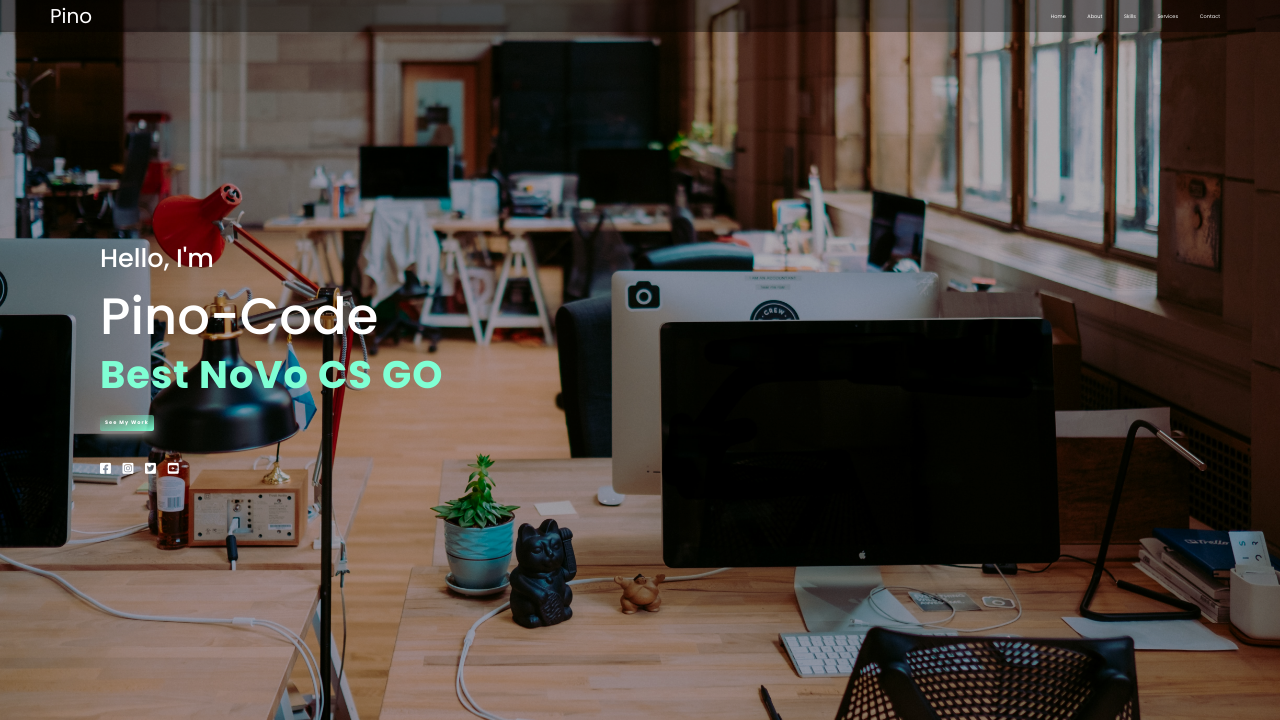
Repository: Pinocoding/New
Page: index.html
An editor plug-in stored every save of this project. The page is shown before and after the next save, followed by the edit.
The browser window is 1280 px wide. The pictures show the whole page.

Above is the page before, as saved 2021-10-12 21:53:56.
Console error: SyntaxError: Unexpected token '}'

After the next save:
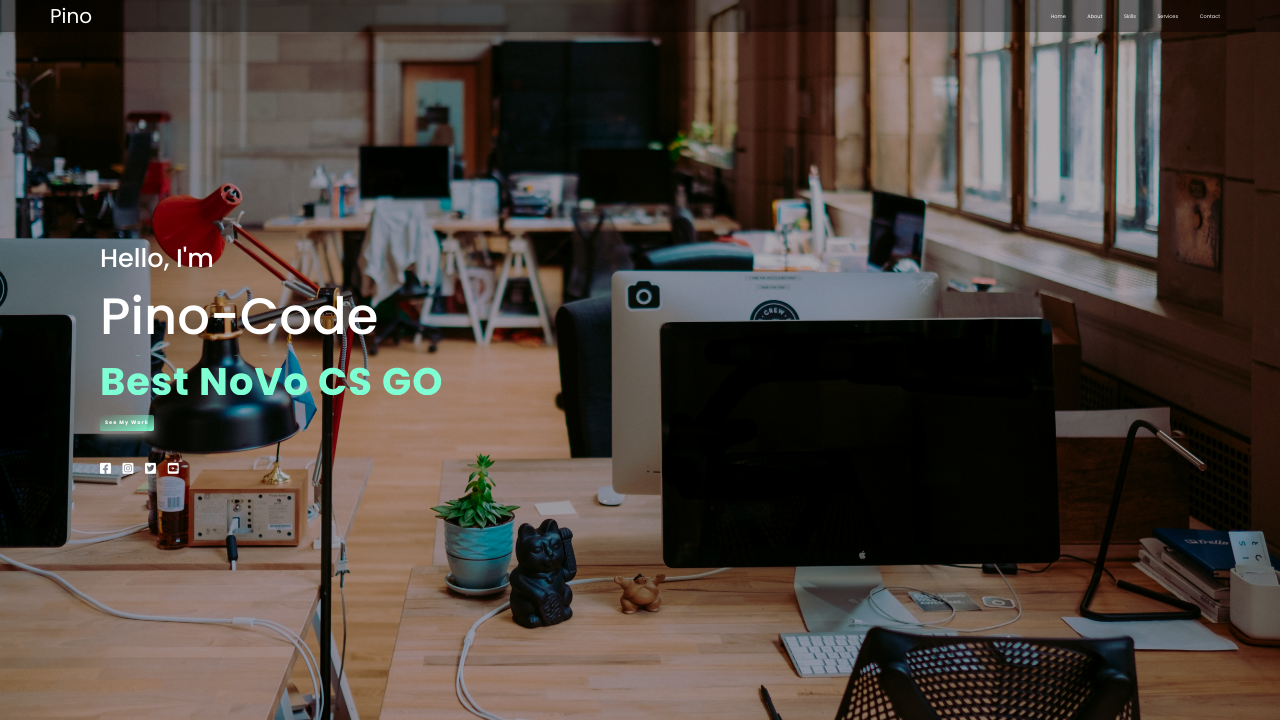
The error is gone.
Saved 22 s later.
--- a/function.js
+++ b/function.js
@@ -1,5 +1,5 @@
 // js for navication bar on scroll
 window.addEventListener("scroll", function () {
   const header = document.querySelector("header");
-  header.classList.
+  header.classList.toggle('sticky')
 });
